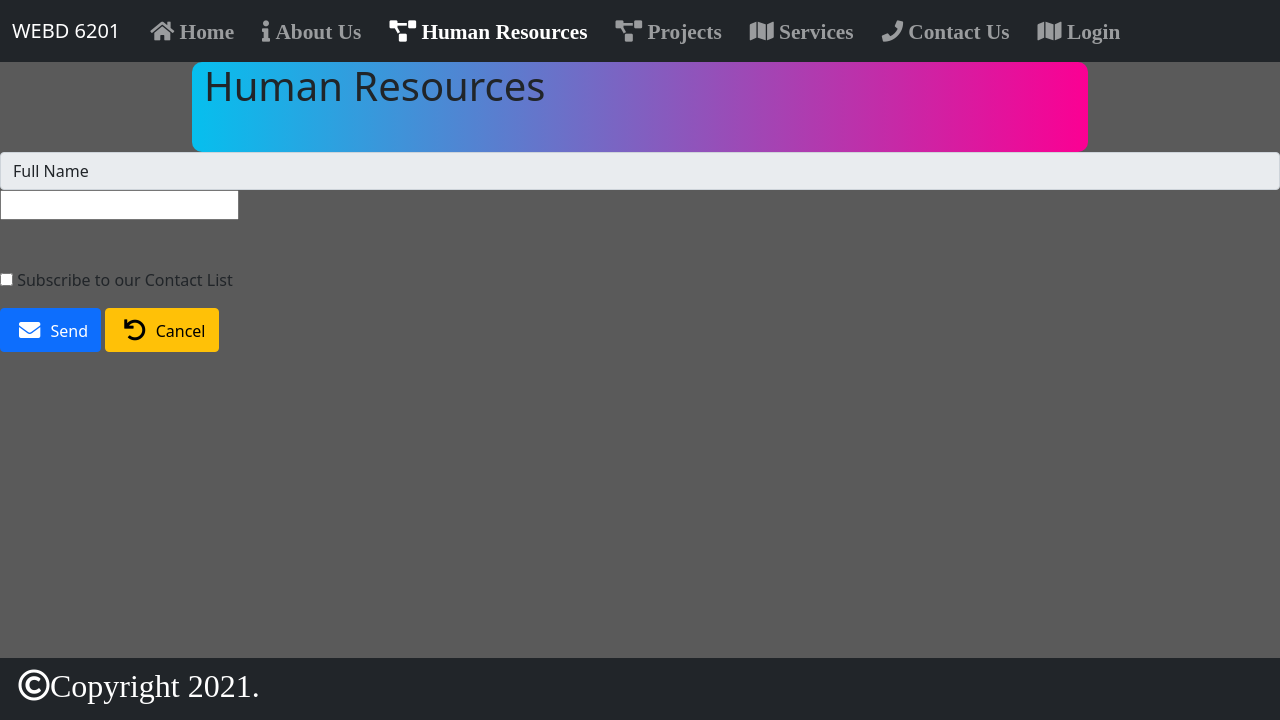
Repository: vans12345678/WEBD6201-W2021-Lab2
Page: human-resources.html
The author's editor kept a copy of each file at every save. The page is drawn from the files as they stood at one save, then again after the next save.
The browser window is 1280 px wide. The pictures show the whole page.

Above is the page before, as saved 2021-03-06 18:53:50.

After the next save:
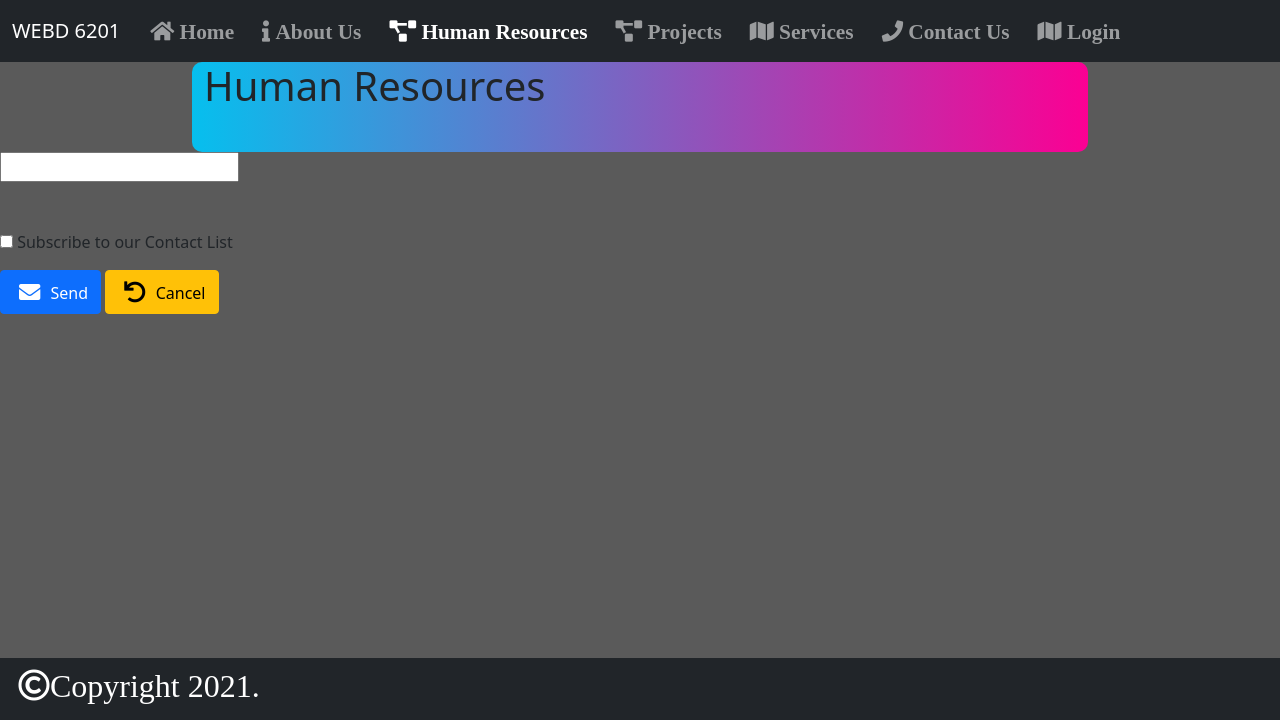
Saved 59 s later.
--- a/human-resources.html
+++ b/human-resources.html
@@ -55,7 +55,6 @@ Date: 02/05/2021
         <form >
 
 
-            <span class="input-group-text" id="inputGroup-sizing-default">Full Name </span>
             <input id="fullName" type="text"
              required>
 
